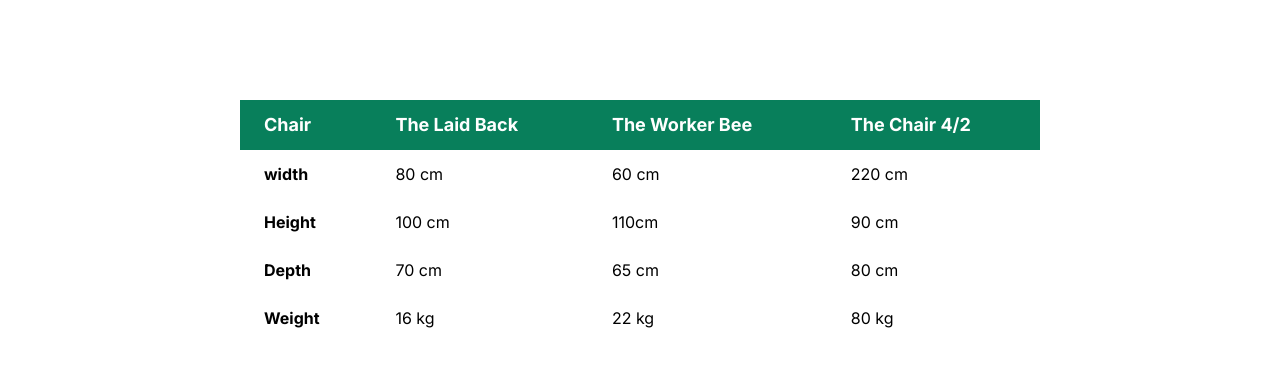
Repository: Ahmed123rezk123/06-Components
Page: table.html
The author's editor kept a copy of each file at every save. The page is drawn from the files as they stood at one save, then again after the next save.
The browser window is 1280 px wide. The pictures show the whole page.

Above is the page before, as saved 2024-09-16 09:42:09.

### table.html
<!DOCTYPE html>
<html lang="en">
  <head>
    <meta charset="UTF-8" />
    <meta name="viewport" content="width=device-width, initial-scale=1.0" />
    <link rel="preconnect" href="https://fonts.gstatic.com" />
    <link
      href="https://fonts.googleapis.com/css2?family=Inter:wght@400;500;700&display=swap"
      rel="stylesheet"
    />
    <style>
      * {
        margin: 0;
        padding: 0;
        box-sizing: border-box;
      }

      body {
        font-family: "Inter", sans-serif;
        /* color: #343a40;
        background-color: #f8f9fa; */
        line-height: 1;
        display: flex;
        justify-content: center;
      }
      table {
        margin: 100px auto;
        width: 800px;
        border-collapse: collapse;
      }
      thead {
        background-color: #087f5b;
        color: #fff;
        font-size: 18px;
        font-weight: 500;
      }

      th,
      td {
        padding: 16px 24px;
        text-align: left;
      }
    </style>
    <title>Table</title>
  </head>
  <body>
    <table>
      <thead>
        <tr>
          <th>Chair</th>
          <th>The Laid Back</th>
          <th>The Worker Bee</th>
          <th>The Chair 4/2</th>
        </tr>
      </thead>
      <tbody>
        <tr class="wid">
          <th>width</th>
          <td>80 cm</td>
          <td>60 cm</td>
          <td>220 cm</td>
        </tr>
        <tr class="high">
          <th>Height</th>
          <td>100 cm</td>
          <td>110cm</td>
          <td>90 cm</td>
        </tr>
        <tr class="dep">
          <th>Depth</th>
          <td>70 cm</td>
          <td>65 cm</td>
          <td>80 cm</td>
        </tr>

        <tr class="">
          <th>Weight</th>
          <td>16 kg</td>
          <td>22 kg</td>
          <td>80 kg</td>
        </tr>
      </tbody>
    </table>
  </body>
</html>

After the next save:
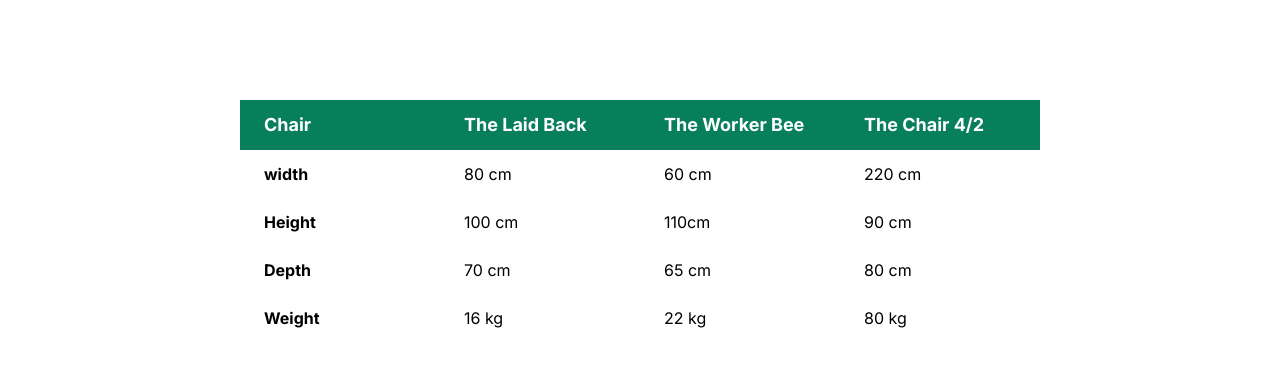
Saved 12 s later.
--- a/table.html
+++ b/table.html
@@ -34,7 +34,9 @@
         font-size: 18px;
         font-weight: 500;
       }
-
+      thead th {
+        width: 25%;
+      }
       th,
       td {
         padding: 16px 24px;

After the save that followed:
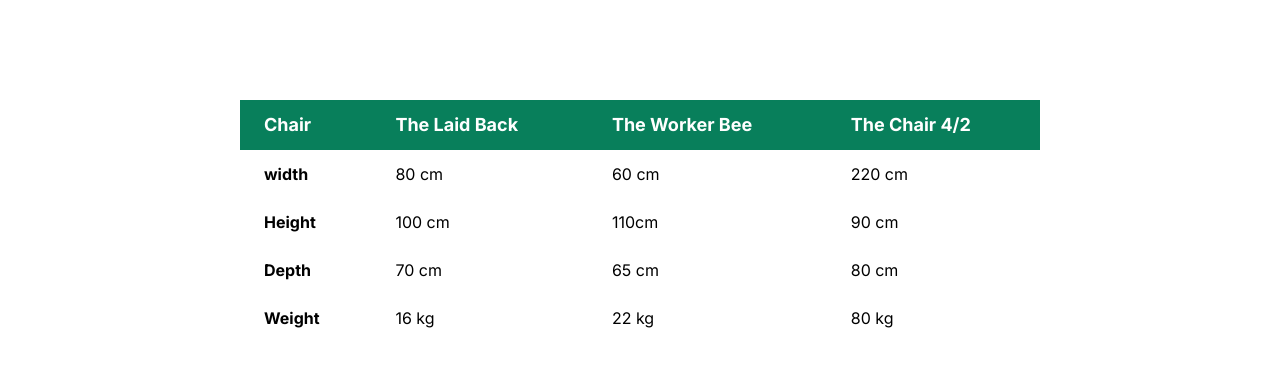
Saved 5 s later.
--- a/table.html
+++ b/table.html
@@ -35,7 +35,7 @@
         font-weight: 500;
       }
       thead th {
-        width: 25%;
+        /* width: 25%; */
       }
       th,
       td {
